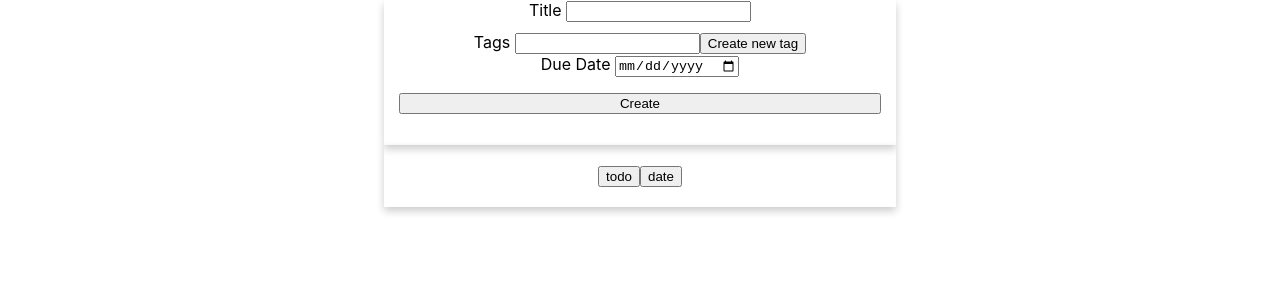
Repository: sanjayMamidipaka/reactappbits
Page: /
The author's editor kept a copy of each file at every save. The page is drawn from the files as they stood at one save, then again after a run of saves.
The browser window is 1280 px wide. The pictures show the whole page.
The project was rebuilt for these pictures with package versions that can differ from the ones it lists, and the page was loaded fresh each time. Also part of the build but not shown: src/components/Tag.css, src/components/Tag.tsx, src/components/TodoItem.tsx.

Above is the page before, as saved 2022-01-18 21:48:46.

After the next 6 saves:
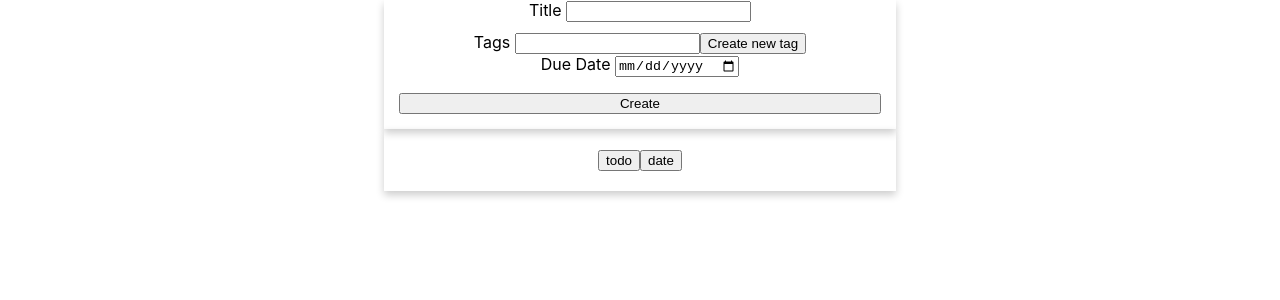
The 6 saves are shown as one change because 3 did not build or start and some came seconds apart.
The last was saved 66 s later.
--- a/src/components/TodoList.tsx
+++ b/src/components/TodoList.tsx
@@ -63,7 +63,7 @@ export default function TodoList() {
       tagList: tagArray,
       completed: false,
       idx: new Date().getTime().toString(),
-      checked: checked
+      checked: checked,
     }
     setTitle('');
     setTodoListCompletedItems([...todoListCompletedItems, itemToAdd]);
@@ -125,7 +125,6 @@ export default function TodoList() {
 
         <div style={{padding: '15px'}} className = 'submitButton'>
           <button style ={{width: '100%'}} type='submit' onClick={handleSubmit}>Create</button>
-          <p>{todoListCompletedItems.toString()}</p>
         </div>
 
       </div>
